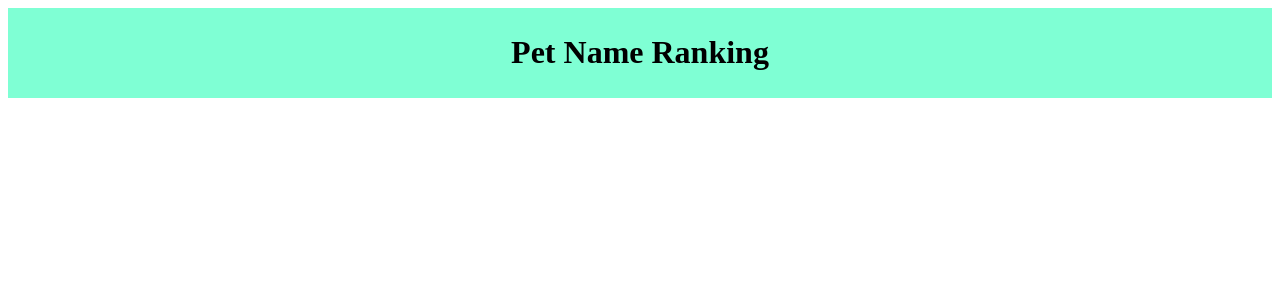
Repository: mutterbucket/TriplettTermProject4830
Page: workspaceCSCI4830-tech-excercise-Triplett/techExcerciseTriplett/WebContent/add_name.html
An editor plug-in stored every save of this project. The page is shown before and after the next save, followed by the edit.
The browser window is 1280 px wide. The pictures show the whole page.

Above is the page before, as saved 2020-02-21 22:54:55.

### workspaceCSCI4830-tech-excercise-Triplett/techExcerciseTriplett/WebContent/add_name.html
<!DOCTYPE html>
<html>
<head>
<meta charset="ISO-8859-1">
<style type="text/css">
header {
    background-color:aquamarine;
    color: black;
    text-align: center;
    padding: 5px;
}
nav {
    line-height:30px;
    background-color:cornsilk;
    height:300px;
    width:100px;
    float:left;
    padding:5px;
}
section {
    width:350px;
    float:left;
    padding:10px;
}
footer {
    background-color:19FFBD;
    color:black;
    clear:both;
    text-align:center;
    padding:5px;
}
</style>
</head>
<body>
<header>
<h1>Pet Name Ranking</h1>
</header>
<body>

</body>
</html>

After the next save:
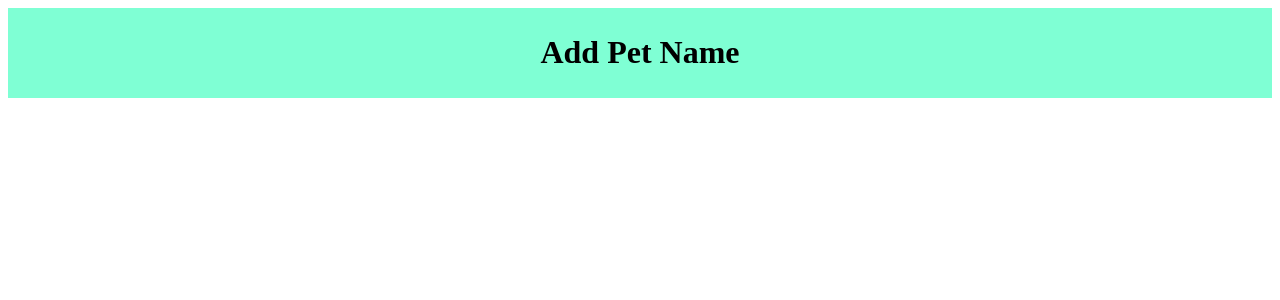
Saved 37 s later.
--- a/workspaceCSCI4830-tech-excercise-Triplett/techExcerciseTriplett/WebContent/add_name.html
+++ b/workspaceCSCI4830-tech-excercise-Triplett/techExcerciseTriplett/WebContent/add_name.html
@@ -33,7 +33,7 @@ footer {
 </head>
 <body>
 <header>
-<h1>Pet Name Ranking</h1>
+<h1>Add Pet Name</h1>
 </header>
 <body>
 
